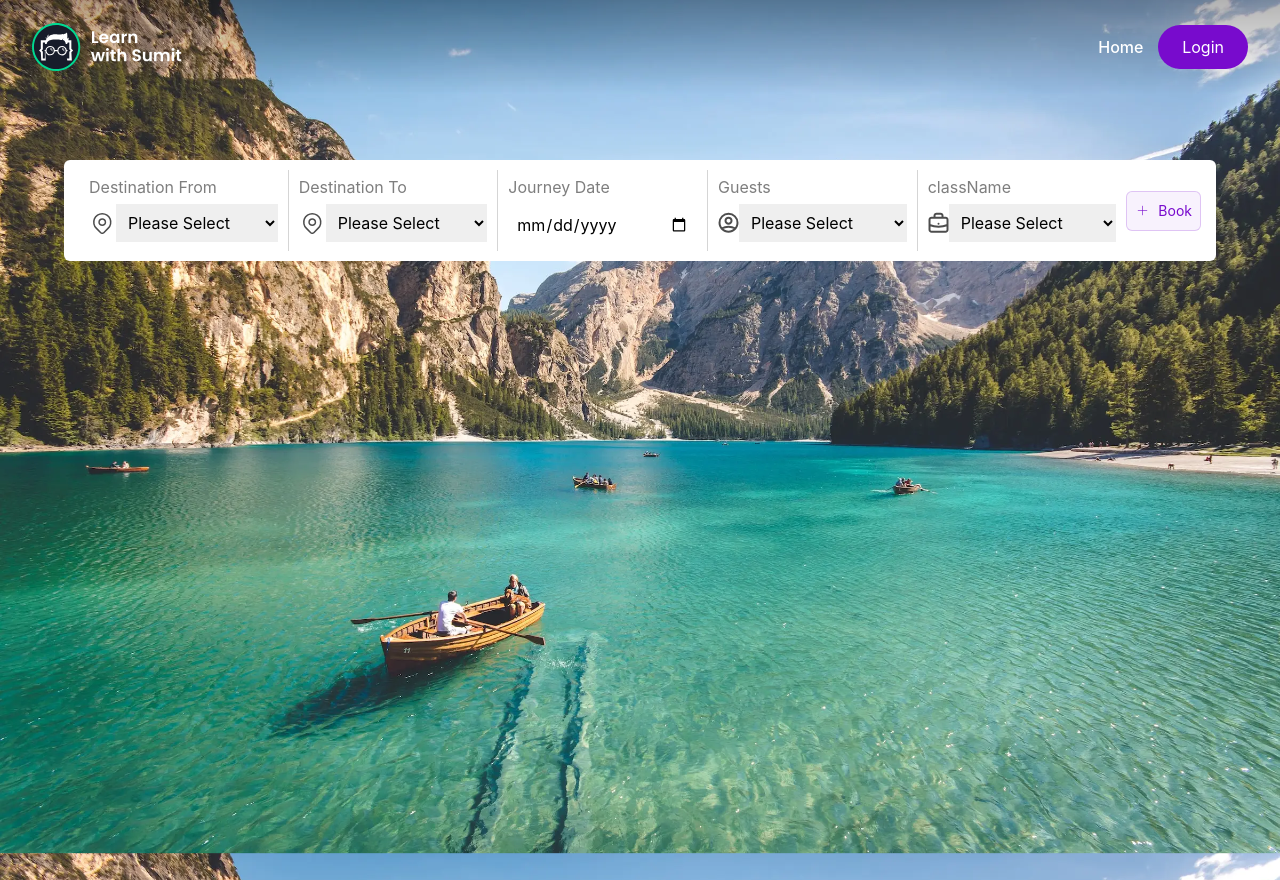
Repository: Wahid137/flight-booking-redux
Page: /
The author's editor kept a copy of each file at every save. The page is drawn from the files as they stood at one save, then again after the next save.
The browser window is 1280 px wide. The pictures show the whole page.
Backgrounds fixed to the window are drawn as part of the page. The project was rebuilt for these pictures with package versions that can differ from the ones it lists, and the page was loaded fresh each time. Also part of the build but not shown: vite.config.js.

Above is the page before, as saved 2023-11-11 14:06:42.

### index.html
<!doctype html>
<html lang="en">
  <head>
    <meta charset="UTF-8" />
    <link rel="icon" type="image/svg+xml" href="/vite.svg" />
    <meta name="viewport" content="width=device-width, initial-scale=1.0" />
    <!-- <script src="https://cdn.tailwindcss.com"></script> -->
    <title>Flight Booking Application</title>
  </head>
  <body>
    <div id="root"></div>
    <script type="module" src="/src/main.jsx"></script>
  </body>
</html>

### src/main.jsx
import React from "react";
import ReactDOM from "react-dom/client";
import App from "./App.jsx";
import "./index.css";
import { Toaster } from "react-hot-toast";

ReactDOM.createRoot(document.getElementById("root")).render(
  <React.StrictMode>
    <App />
    <Toaster />
  </React.StrictMode>
);

### src/App.jsx
import { Provider } from "react-redux";
import store from "./redux/store";
import Header from "./components/Header";
import "./App.css";
import Book from "./components/Book";

function App() {
  return (
    <Provider store={store}>
      <Header />
      <section>
        <Book />
      </section>
    </Provider>
  );
}

export default App;

### src/redux/store.jsx
import { legacy_createStore as createStore } from "redux";
import bookingReducer from "./counter/bookingReducer";

const store = createStore(bookingReducer);

export default store;

### src/components/Header.jsx
import logo from "../assets/img/lws-logo.svg";
const Header = () => {
  return (
    <div>
      <header id="header">
        <div className="container">
          <img src={logo} alt="logo" className="logo" />
          <div className="flex items-center">
            <a className="text-white min-w-[50px] font-medium" href="#">
              Home
            </a>
            <button className="log-btn btn">Login</button>
          </div>
        </div>
      </header>
    </div>
  );
};

export default Header;

### src/components/Book.jsx
import { useState } from "react";
import frame1 from "../assets/img/icons/Frame.svg";
import vector1 from "../assets/img/icons/Vector (1).svg";
import vector3 from "../assets/img/icons/Vector (3).svg";
import { useDispatch, useSelector } from "react-redux";
import { makeBooking } from "../redux/counter/actions";
import toast from "react-hot-toast";

const Book = () => {
  const data = useSelector((state) => state.data);
  const size = data.length;
  const dispatch = useDispatch();
  const [bookingData, setBookingData] = useState({});

  const handleBooking = (event) => {
    event.preventDefault();
    if (size >= 3) {
      toast.error("Sorry, you can not book more than 3");
    } else {
      dispatch(makeBooking({ ...bookingData, id: size + 1 }));
      toast.success("Booking Successfully Done!");
    }
  };

  const handleInputBlur = (event) => {
    const field = event.target.name;
    const value = event.target.value;
    const newBooking = { ...bookingData };
    newBooking[field] = value;
    setBookingData(newBooking);
  };

  return (
    <div className="mt-[160px] mx-4 md:mt-[160px] relative">
      <div className="bg-white rounded-md max-w-6xl w-full mx-auto">
        <form onSubmit={handleBooking} className="first-hero lws-inputform">
          <div className="des-from">
            <p>Destination From</p>
            <div className="flex flex-row">
              <img src={frame1} alt="" />
              <select
                className="outline-none px-2 py-2 w-full"
                name="from"
                id="lws-from"
                required
                onBlur={handleInputBlur}
              >
                <option value="" hidden>
                  Please Select
                </option>
                <option>Dhaka</option>
                <option>Sylhet</option>
                <option>Saidpur</option>
                <option>Coxs Bazar</option>
              </select>
            </div>
          </div>

          <div className="des-from">
            <p>Destination To</p>
            <div className="flex flex-row">
              <img src={frame1} alt="" />
              <select
                className="outline-none px-2 py-2 w-full"
                name="to"
                id="lws-to"
                required
                onBlur={handleInputBlur}
              >
                <option value="" hidden>
                  Please Select
                </option>
                <option>Dhaka</option>
                <option>Sylhet</option>
                <option>Saidpur</option>
                <option>Coxs Bazar</option>
              </select>
            </div>
          </div>

          <div className="des-from">
            <p>Journey Date</p>
            <input
              type="date"
              className="outline-none px-2 py-2 w-full date"
              name="date"
              id="lws-date"
              required
              onBlur={handleInputBlur}
            />
          </div>

          <div className="des-from">
            <p>Guests</p>
            <div className="flex flex-row">
              <img src={vector1} alt="" />
              <select
                className="outline-none px-2 py-2 w-full"
                name="guests"
                id="lws-guests"
                required
                onBlur={handleInputBlur}
              >
                <option value="" hidden>
                  Please Select
                </option>
                <option value="1">1 Person</option>
                <option value="2">2 Persons</option>
                <option value="3">3 Persons</option>
                <option value="4">4 Persons</option>
              </select>
            </div>
          </div>

          <div className="des-from !border-r-0">
            <p>className</p>
            <div className="flex flex-row">
              <img src={vector3} alt="" />
              <select
                className="outline-none px-2 py-2 w-full"
                name="ticketclassName"
                id="lws-ticketclassName"
                required
                onBlur={handleInputBlur}
              >
                <option value="" hidden>
                  Please Select
                </option>
                <option>Business</option>
                <option>Economy</option>
              </select>
            </div>
          </div>

          <button className="addCity" type="submit" id="lws-addCity">
            <svg
              width="15px"
              height="15px"
              fill="none"
              viewBox="0 0 24 24"
              stroke="currentColor"
            >
              <path d="M12 4.5v15m7.5-7.5h-15" />
            </svg>
            <span className="text-sm">Book</span>
          </button>
        </form>
      </div>
    </div>
  );
};

export default Book;

### src/redux/counter/bookingReducer.jsx
import { BOOKING, DELETE } from "./actionTypes";

const initialState = {
  data: [],
};

console.log();
console.log(initialState.data);
const bookingReducer = (state = initialState, action) => {
  switch (action.type) {
    case BOOKING:
      const newData = [...state.data];
      newData.push(action.payload);
      return {
        data: newData,
      };
    case DELETE:
      const filteredData = state.data.filter((d) => d.id !== action.payload);
      return {
        data: filteredData,
      };
    default:
      return state;
  }

  /* switch (action.type) {
    case BOOKING:
      newData = [...state.data];
      newData.push(action.payload);
      return { data: newData };
    case DELETE:
      filteredData = state.data.filter((d) => d.id !== action.payload);
      return { data: filteredData };
    default:
      return state;
  } */
};

export default bookingReducer;

### src/redux/counter/actions.jsx
import { BOOKING, DELETE } from "./actionTypes";

export const makeBooking = (data) => {
  console.log(data);
  return {
    type: BOOKING,
    payload: data,
  };
};

export const removeItem = (id) => {
  return {
    type: DELETE,
    payload: id,
  };
};

### src/redux/counter/actionTypes.jsx
export const BOOKING = "booking";
export const DELETE = "delete";

Loaded but not shown: src/App.css (955 lines, source omitted); src/index.css (no stored copy; drawn as an empty file)

After the next save:
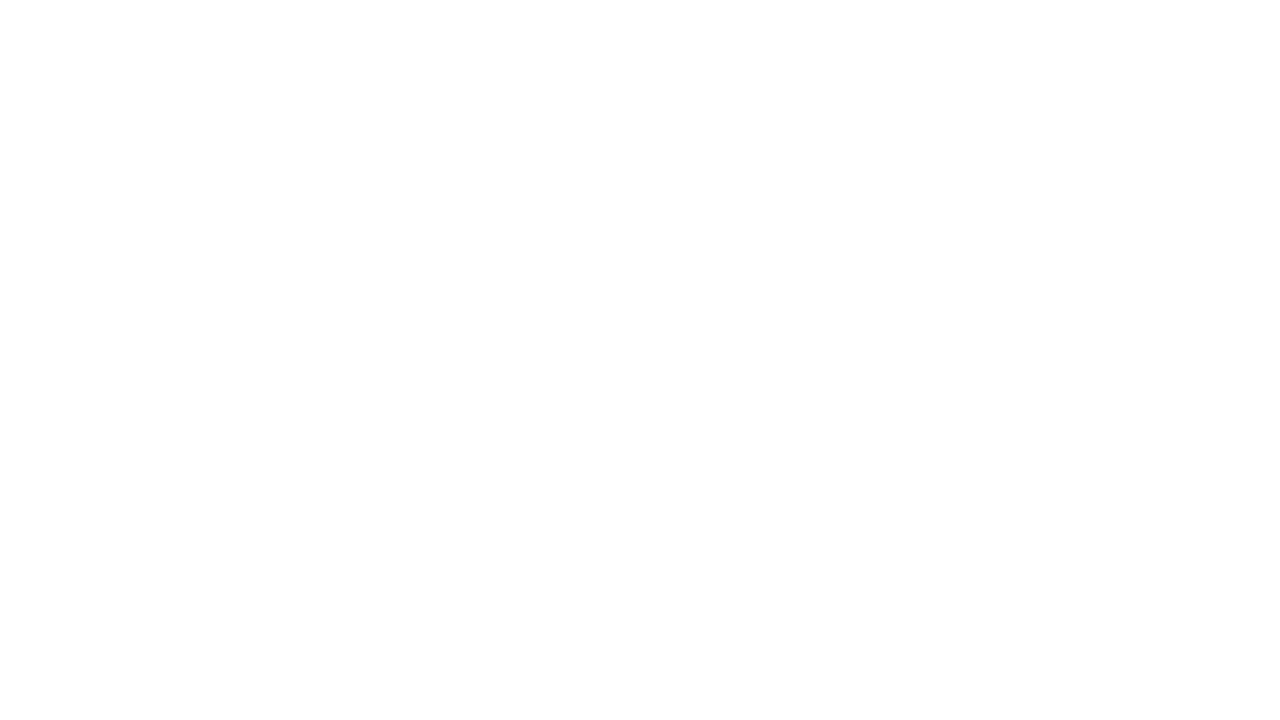
Console error: ReferenceError: initial is not defined
Saved 68 s later.
--- a/src/redux/counter/bookingReducer.jsx
+++ b/src/redux/counter/bookingReducer.jsx
@@ -4,7 +4,7 @@
   data: [],
 };
 
-console.log();
+console.log(initial);
 console.log(initialState.data);
 const bookingReducer = (state = initialState, action) => {
   switch (action.type) {

After the save that followed:
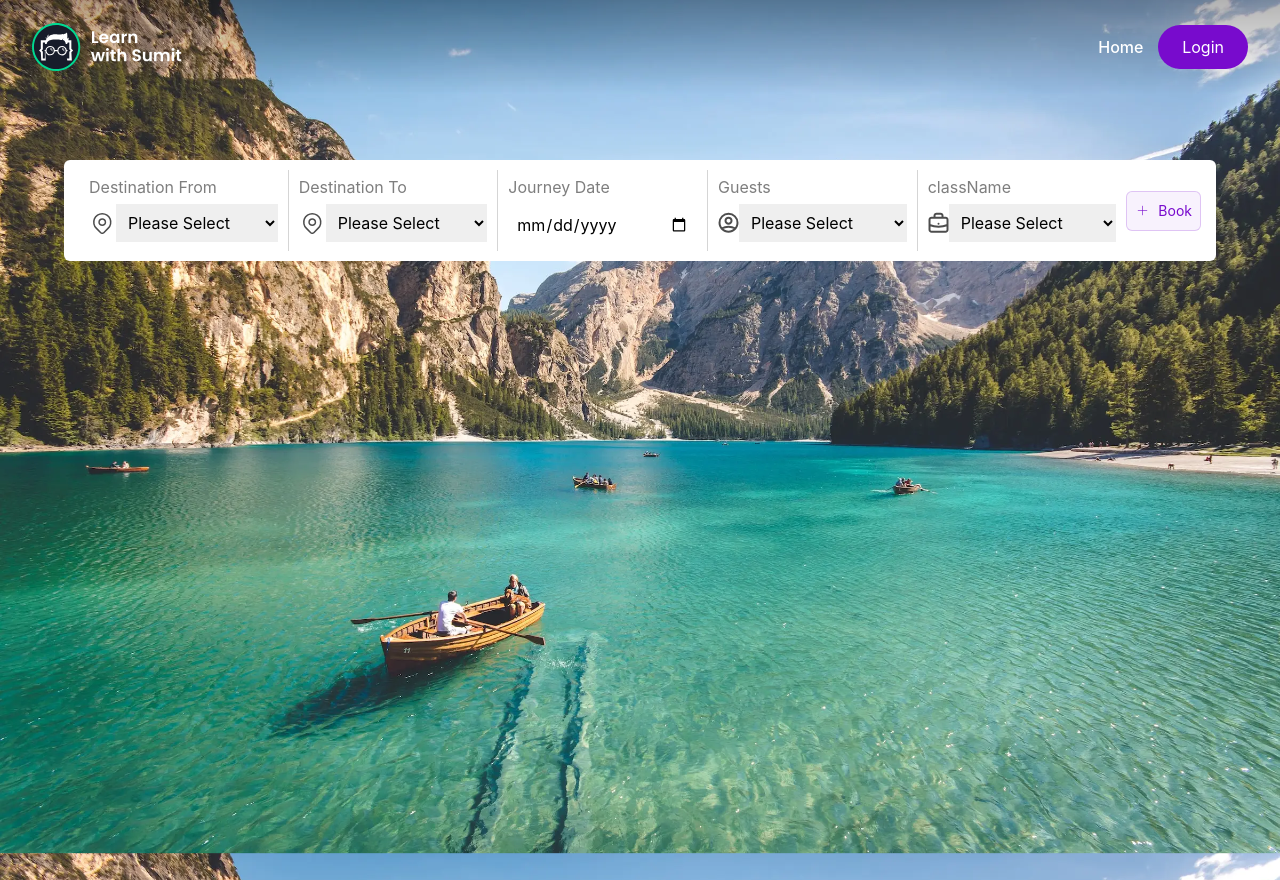
The error is gone.
Saved 12 min 16 s later.
--- a/src/redux/counter/bookingReducer.jsx
+++ b/src/redux/counter/bookingReducer.jsx
@@ -4,7 +4,7 @@
   data: [],
 };
 
-console.log(initial);
+console.log(initialState.data);
 console.log(initialState.data);
 const bookingReducer = (state = initialState, action) => {
   switch (action.type) {
